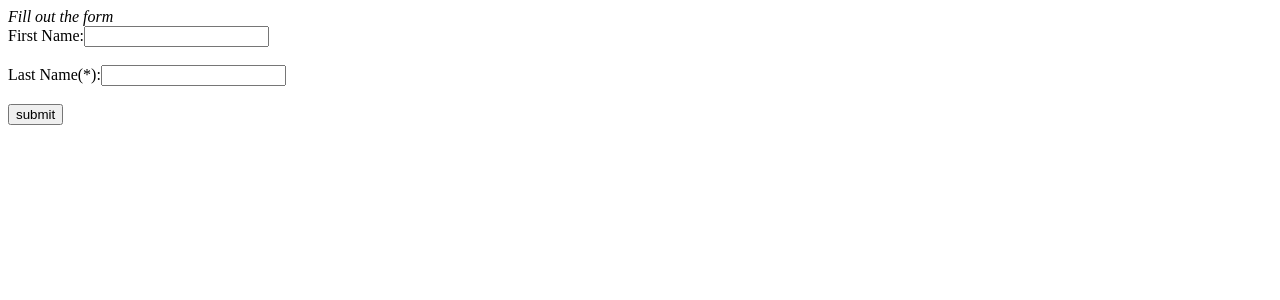
Repository: Janmajaya007/Eclipse-workspace
Page: http://localhost/spring-mvc-demo/customer/showForm
These files come from the project's save history. The page is drawn as it stood at one moment and after the next save; the edit follows.
The browser window is 1280 px wide. The pictures show the whole page.
The page is served by Tomcat 9. Other server files are loaded and not shown.

Above is the page before, as saved 2022-05-20 12:05:19.

### workspace3/spring-mvc-demo/WebContent/WEB-INF/view/customer-form.jsp
<%@ taglib prefix="form" uri="http://www.springframework.org/tags/form"%>
<!DOCTYPE html>
<html>
<head>
<title>Customer Registration form</title>
<style>
.error {
	color: red
}
</style>
</head>
<body>
	<i>Fill out the form</i>
	<form:form action="processForm" modelAttribute="customer">
First Name:<form:input path="firstName" />

		<br>
		<br>

Last Name(*):<form:input path="lastName" />
		<form:errors path="lastName" cssClass="error" />
		<br>
		<br>
		<input type="submit" value="submit" />

	</form:form>
</body>

</html>

After the next save:
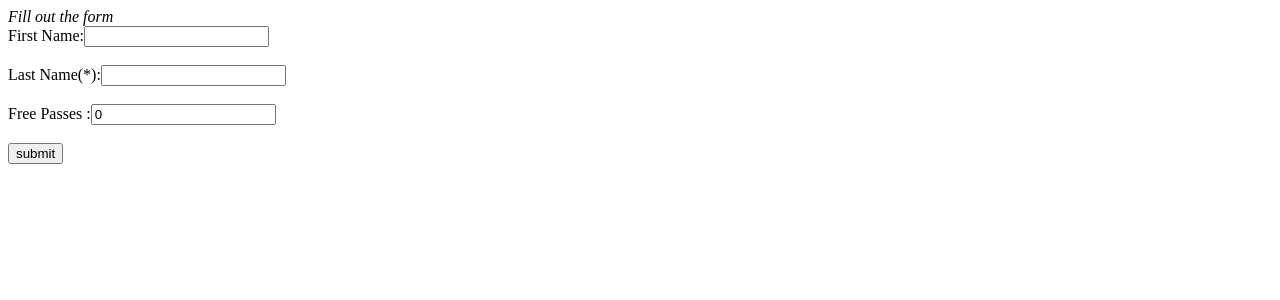
Saved 4 min 40 s later.
--- a/workspace3/spring-mvc-demo/WebContent/WEB-INF/view/customer-form.jsp
+++ b/workspace3/spring-mvc-demo/WebContent/WEB-INF/view/customer-form.jsp
@@ -21,6 +21,10 @@ Last Name(*):<form:input path="lastName" />
 		<form:errors path="lastName" cssClass="error" />
 		<br>
 		<br>
+		Free Passes :<form:input path="freePass"/>
+		<form:errors path="freePass" cssClass="error" />
+		<br>
+		<br>
 		<input type="submit" value="submit" />
 
 	</form:form>
